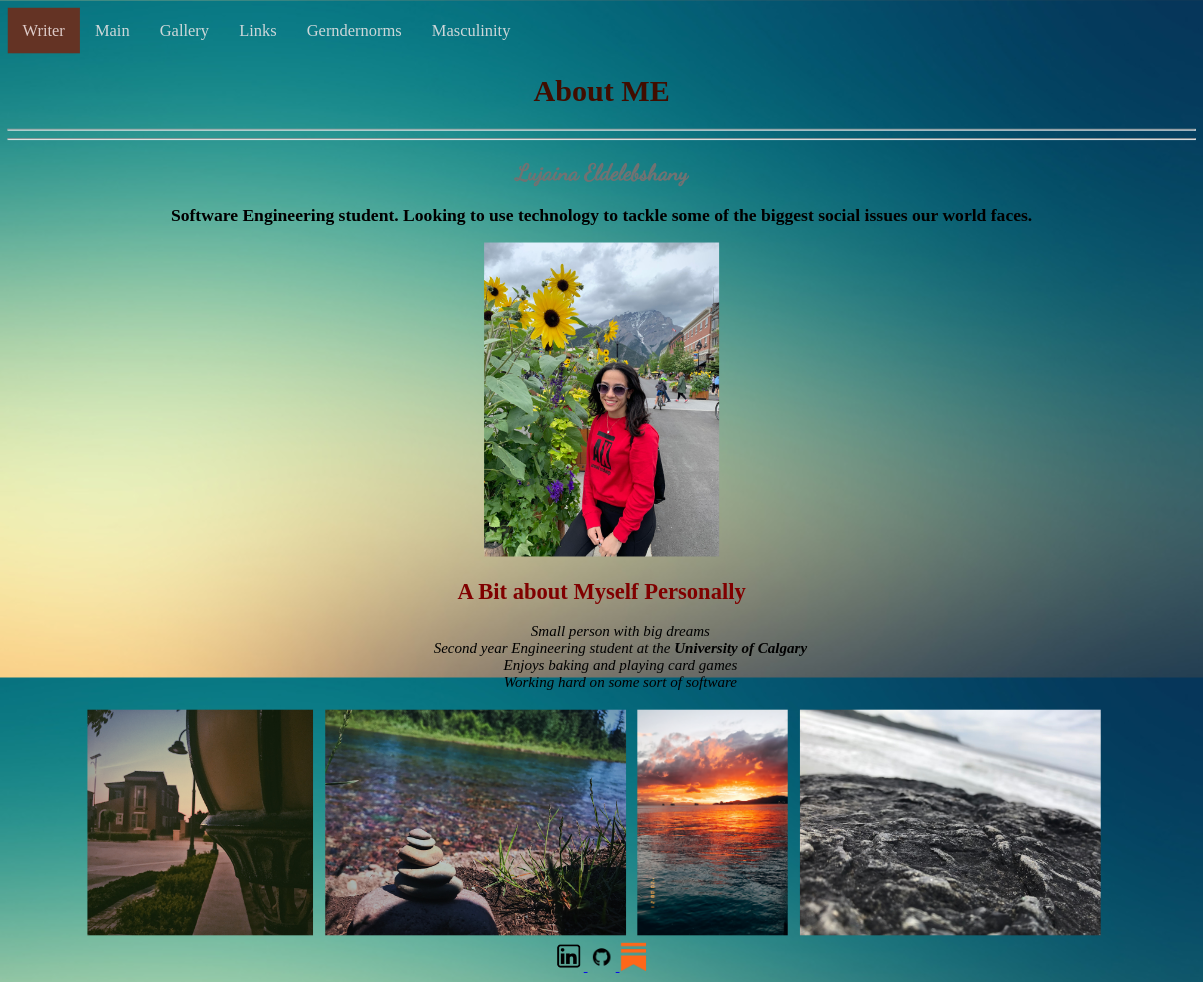
Repository: Lujaina-E/womens-rights-site
Page: founder.html
The author's editor kept a copy of each file at every save. The page is drawn from the files as they stood at one save, then again after the next save.
The browser window is 1280 px wide. The pictures show the whole page, at 94% of full size.
Backgrounds fixed to the window are drawn as part of the page. Some web fonts or font styles are not loaded; a fallback is used.

Above is the page before, as saved 2022-07-25 22:28:37.

### founder.html
<!DOCTYPE html>
<html lang="en">
    <head>
        <style>
            @import url('https://fonts.googleapis.com/css2?family=Akaya+Kanadaka&family=Dancing+Script&display=swap');
        </style>
        <link rel="stylesheet" type="text/css" href="founderStyle.css"/>
        <title>Founder</title


        <link rel="apple-touch-icon-precomposed" sizes="57x57" href="favicon/favicomatic/apple-touch-icon-57x57.png" />
    <link rel="apple-touch-icon-precomposed" sizes="114x114" href="favicon/favicomatic/apple-touch-icon-114x114.png" />
    <link rel="apple-touch-icon-precomposed" sizes="72x72" href="favicon/favicomatic/apple-touch-icon-72x72.png" />
    <link rel="apple-touch-icon-precomposed" sizes="144x144" href="favicon/favicomatic/apple-touch-icon-144x144.png" />
    <link rel="apple-touch-icon-precomposed" sizes="60x60" href="favicon/favicomatic/apple-touch-icon-60x60.png" />
    <link rel="apple-touch-icon-precomposed" sizes="120x120" href="favicon/favicomatic/apple-touch-icon-120x120.png" />
    <link rel="apple-touch-icon-precomposed" sizes="76x76" href="favicon/favicomatic/apple-touch-icon-76x76.png" />
    <link rel="apple-touch-icon-precomposed" sizes="152x152" href="favicon/favicomatic/apple-touch-icon-152x152.png" />
    <link rel="icon" type="image/png" href="favicon/favicomatic/favicon-196x196.png" sizes="196x196" />
    <link rel="icon" type="image/png" href="favicon/favicomatic/favicon-96x96.png" sizes="96x96" />
    <link rel="icon" type="image/png" href="favicon/favicomatic/favicon-32x32.png" sizes="32x32" />
    <link rel="icon" type="image/png" href="favicon/favicomatic/favicon-16x16.png" sizes="16x16" />
    <link rel="icon" type="image/png" href="favicon/favicomatic/favicon-128.png" sizes="128x128" />
    <meta name="application-name" content="Founder"/>
    <meta name="msapplication-TileColor" content="#FFFFFF" />
    <meta name="msapplication-TileImage" content="favicon/favicomatic/mstile-144x144.png" />
    <meta name="msapplication-square70x70logo" content="favicon/favicomatic/mstile-70x70.png" />
    <meta name="msapplication-square150x150logo" content="favicon/favicomatic/mstile-150x150.png" />
    <meta name="msapplication-wide310x150logo" content="favicon/favicomatic/mstile-310x150.png" />
    <meta name="msapplication-square310x310logo" content="favicon/favicomatic/mstile-310x310.png" />
    <link rel="stylesheet" href="https://cdnjs.cloudflare.com/ajax/libs/font-awesome/4.7.0/css/font-awesome.min.css">

    <div class="topnav" id="myTopnav">
        <a href="founder.html" class="active">Writer</a>
        <a href="index.html">Main</a>
        <a href="gallery.html">Gallery</a>
        <a href="links.html">Links</a>
        <a href="gendernorms.html">Gerndernorms</a>
        <a href="masculinity.html">Masculinity</a>
        <a href="javascript:void(0);" class="icon" onclick="myFunction()">
            <i class="fa fa-bars"></i>
        </a>
    </div>

<h1>About ME</h1>
<hr><hr>

<h2 id="MyName"> Lujaina Eldelebshany</h2>
<h3>Software Engineering student. Looking to use technology to tackle some of the biggest social issues our world faces.</h3>
<img id="myPic" src="Pictures/me.jpg" alt="Please stand by as you experience a loading error">
<section>
<h2>A Bit about Myself Personally</h2>
<p><i>
    <ul id="descriptors">
        <li>Small person with big dreams </li>
        <li>Second year Engineering student at the <b>University of Calgary</b></li>
        <li>Enjoys baking and playing card games </li>
        <li>Working hard on some sort of software</li>

    </ul>
</i></p>
</section>

    <img class="photography photo1" src="Pictures/sp1.jpg" alt="A picture of my work. You are experiencing a loading error, please stand by and check connection">
    <img class="photography" src="Pictures/sp2.jpg" alt="Please stand by and check connection">
    <img class="photography" src="Pictures/sp3.jpg" alt="Please stand by and check connection">
    <img class="photography" src="Pictures/sp4.jpg" alt="Please stand by and check connection">


<p style="clear: both; font-size: 16px;"></p>

<section>

<a href="https://www.linkedin.com/in/lujaina-eldelebshany-0029bb1b3/"> <img alt="Pictures/error-code.jpg" src="Pictures/linkedin_logo.png"
         width=30" height="30">
      </a>
<a href="https://github.com/Lujaina-E"> <img alt="Pictures/error-code.jpg" src="Pictures/github.png"
         width=30" height="30">

<a href="https://substack.com/profile/24893981-lujaina-eldelebshany"> <img alt="Pictures/error-code.jpg" src="Pictures/substack_logo.png"
         width=30" height="30">

      </a>

</section>

<!-- Add a section here for an email subscription to my substack -->

    </body>

</html>

### founderStyle.css
            body{
                text-align: center;
                font-family: Times New Roman;
                background-image: url('Pictures/backdrop.jpg');
                background-repeat: no-repeat;
                background-position: center center;
                background-size: cover;
                background-attachment: fixed;
            }

            body > h1 {
                color: #410d00;
            }

            #MyName{
                font-family: 'Dancing Script', cursive;
                color:#727272;
            }

            #myPic{
                width: 250px;
            }

            section > h2{
                color: maroon;
            }

            section > p{
                font-size: 20px;
                color: darkslategray;
            }

            .photography.photo1{
                padding-left: 85px;
                 float: left;
                 height: 15em;
                 margin-right: 1%;
                 margin-bottom: 0.5em;
            }

            .photography{
                float: left;
                height: 15em;
                margin-right: 1%;
                margin-bottom: 0.5em;
            }

            #descriptors{
                list-style-type: none;
            }

            /* navbar styling  */
            .topnav {
                overflow: hidden;
              }

              .topnav a {
                float: left;
                display: block;
                color: rgba(247, 235, 235, 0.829);
                text-align: center;
                padding: 14px 16px;
                text-decoration: none;
                font-size: 17.5px;
              }

              .topnav a:hover {
                color: rgb(88, 26, 26);
              }

              .topnav a.active {
                background-color: #643324;
                color: rgba(247, 235, 235, 0.829);
              }

              .topnav .icon {
                display: none;
              }

                @media screen and (max-width: 600px) {
                    .topnav a:not(:first-child) {display: none;}
                    .topnav a.icon {
                    float: right;
                    display: block;
                    }
                }

                @media screen and (max-width: 600px) {
                    .topnav.responsive {position: relative;}
                    .topnav.responsive a.icon {
                    position: absolute;
                    right: 0;
                    top: 0;
                    }
                    .topnav.responsive a {
                    float: none;
                    display: block;
                    text-align: left;
                    }
                }

After the next save:
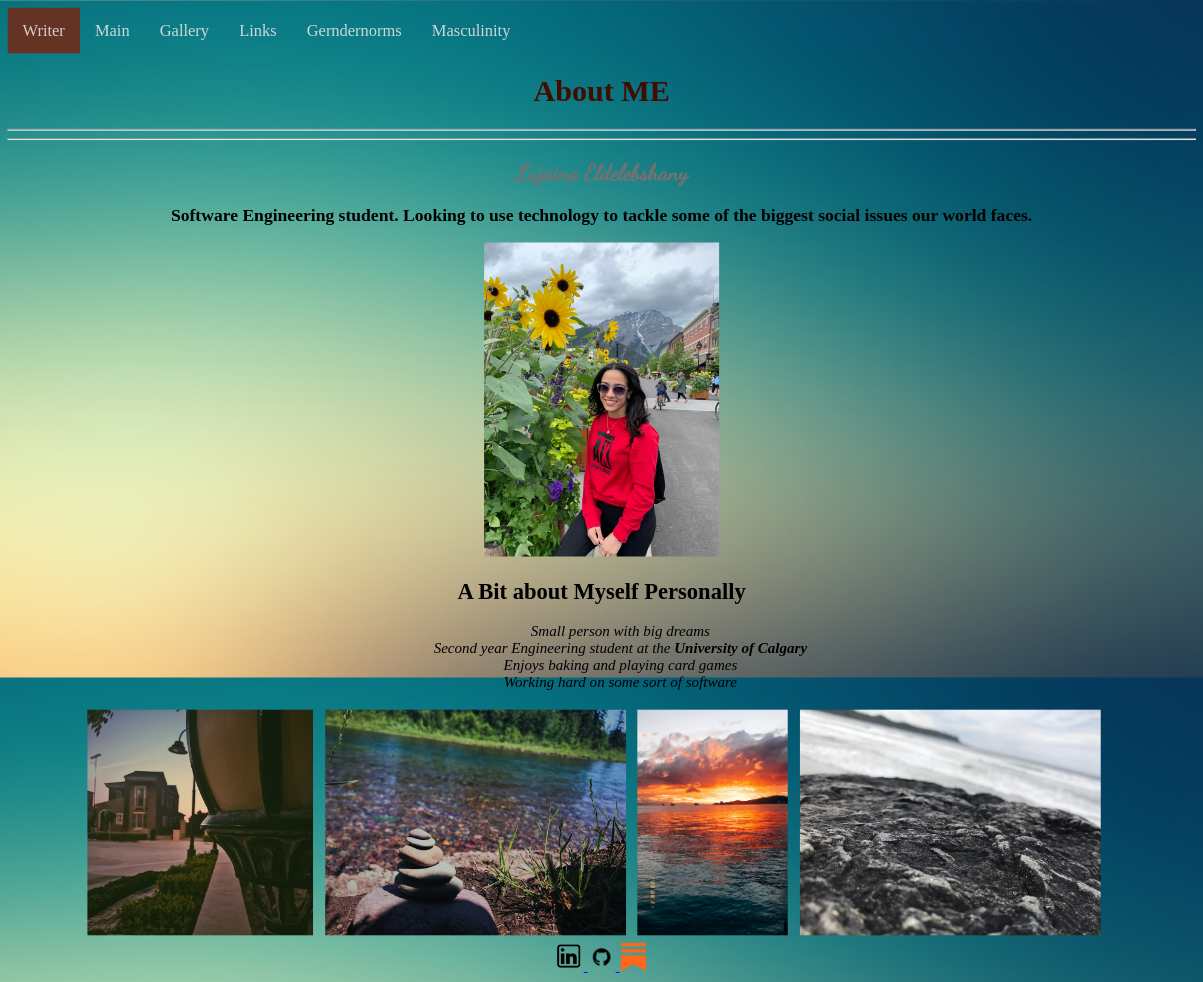
Saved 5 s later.
--- a/founderStyle.css
+++ b/founderStyle.css
@@ -22,7 +22,7 @@
             }
 
             section > h2{
-                color: maroon;
+                color: 727272;
             }
 
             section > p{
